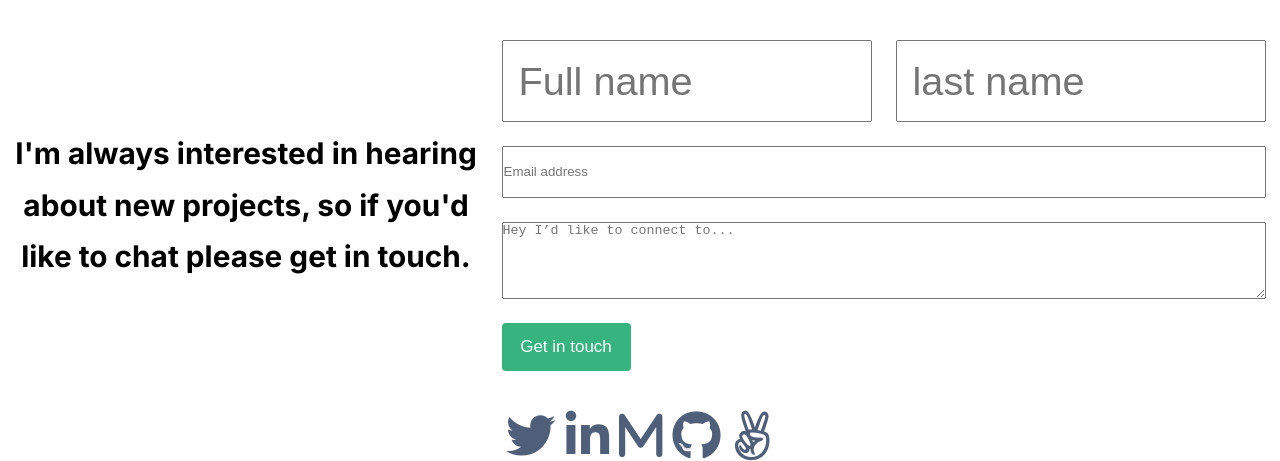
Repository: usman3123/portfolio-template-2
Page: index.html
The author's editor kept a copy of each file at every save. The page is drawn from the files as they stood at one save, then again after the next save.
The browser window is 1280 px wide. The pictures show the part of the page from y = 2881 to 3342 px (the page is 3342 px tall).
Some web libraries are served in a nearby version.

Above is the page before, as saved 2025-01-21 09:31:58.

After the next save:
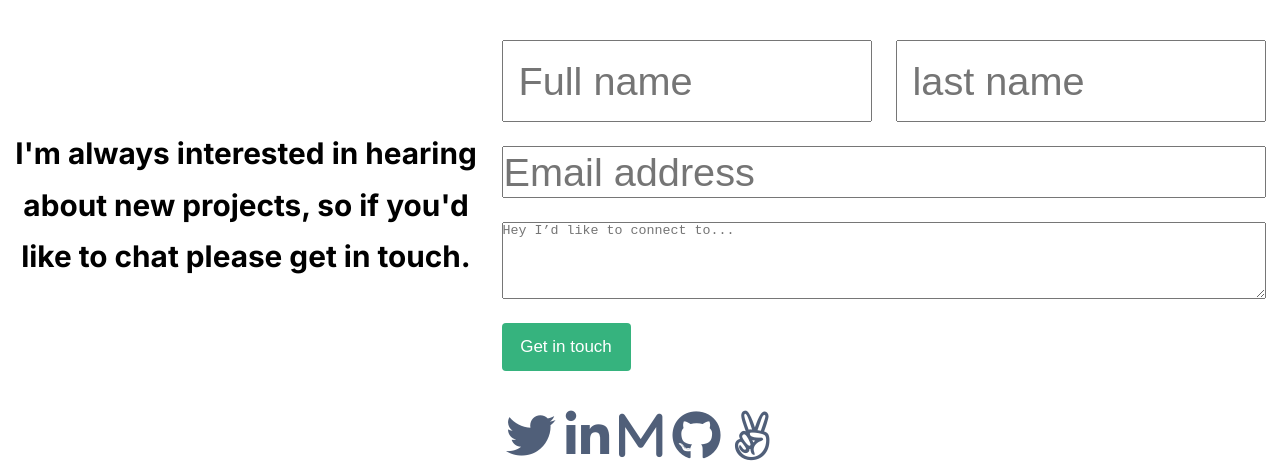
Saved 26 s later.
--- a/style.css
+++ b/style.css
@@ -342,6 +342,7 @@ h2::before {
 }
 .my-email {
     line-height: 48px;
+    font-size: 4rem;
 }
 .contact-button {
     width: 129px;
